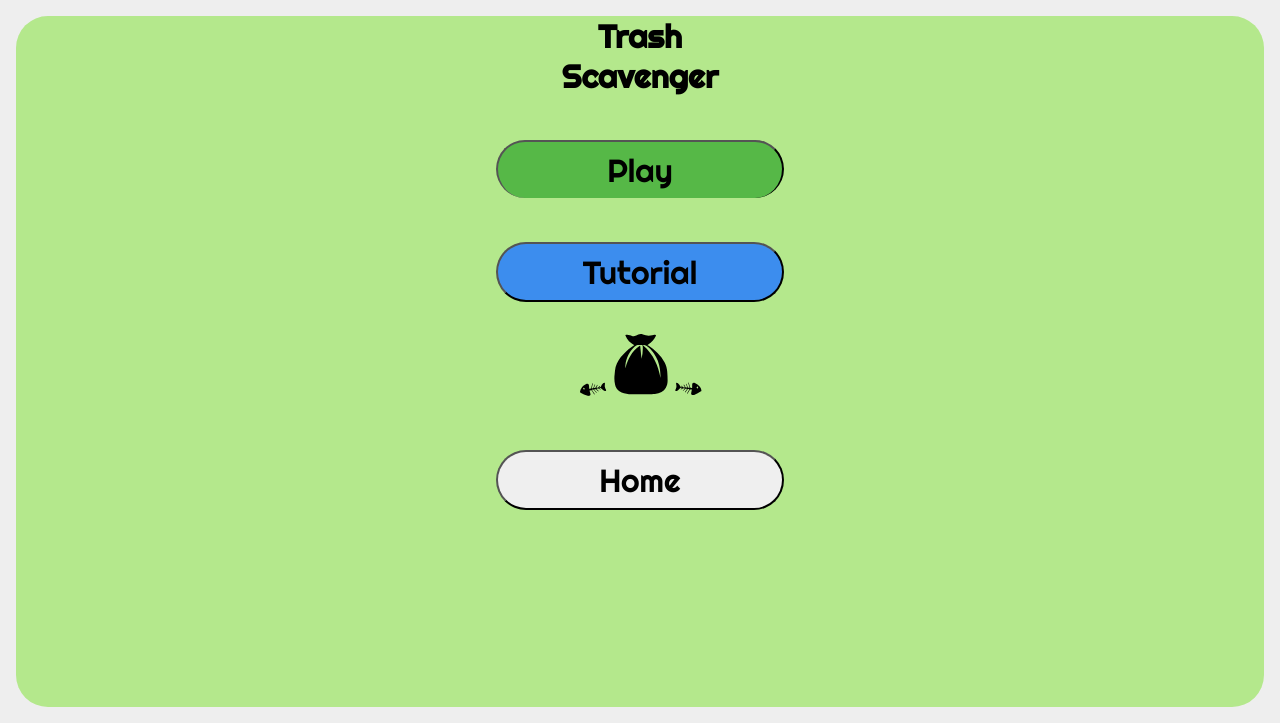
Repository: alemunden/Trash-Scavengers
Page: /QuizBegin
The author's editor kept a copy of each file at every save. The page is drawn from the files as they stood at one save, then again after the next save.
The browser window is 1280 px wide. The pictures show the whole page.
The project was rebuilt for these pictures with package versions that can differ from the ones it lists, and the page was loaded fresh each time. The framework's server and built-in components were replaced by stand-ins that run in the browser. Also part of the build but not shown: next.config.mjs.

Above is the page before, as saved 2024-04-07 19:58:31.

After the next save:
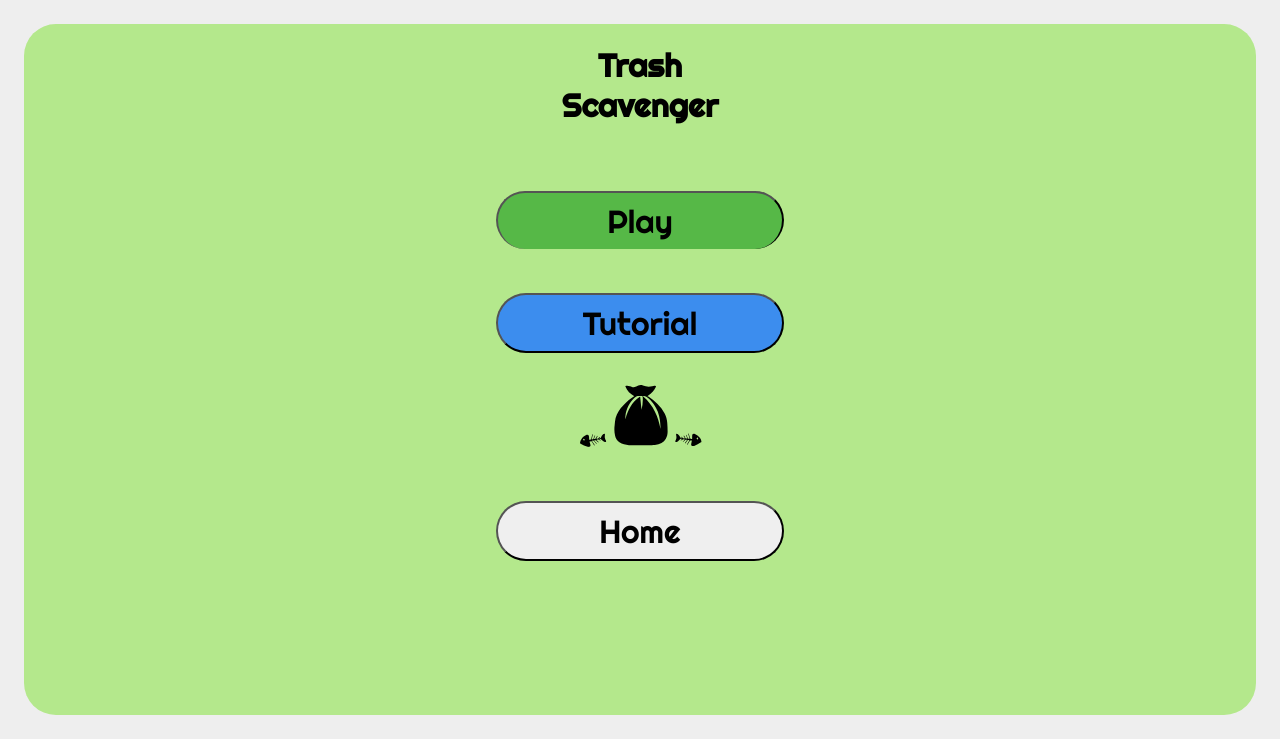
Saved 18 s later.
--- a/styles/globals.css
+++ b/styles/globals.css
@@ -4,59 +4,7 @@
     --light-green: #B4E88C;
 }
 
-* {
-    box-sizing: border-box;
-    padding: 0;
-    margin: 0;
-}
-
 html, body {
     overflow-x: hidden;
     background-color: var(--white);
-}
-
-main {
-    padding: 1rem;
-}
-
-h3 {
-    padding-bottom: 2rem;
-    color: #000105;
-    font-size: 1.8rem;
-}
-
-li {
-    list-style-type: none;
-    cursor: pointer;
-    margin: 9px 0;
-    padding: 16px 8px;
-    color: #000105;
-}
-
-.liHover:hover {
-    background-color: #d8d8d8;
-    columns: #fff;
-}
-
-.liSelected {
-    color: #fff;
-    background-color: #000925;
-}
-
-.container {
-    max-width: 740px;
-    width: 100%;
-    margin: auto;
-    padding: 1rem;
-}
-
-.quizContainer {
-    background-color: #f8f8f8;
-    padding: 1rem;
-    margin-top: 2rem;
-    border-radius: 4px;
-}
-
-.container p {
-    padding: 8px 0;
-}
+  }
